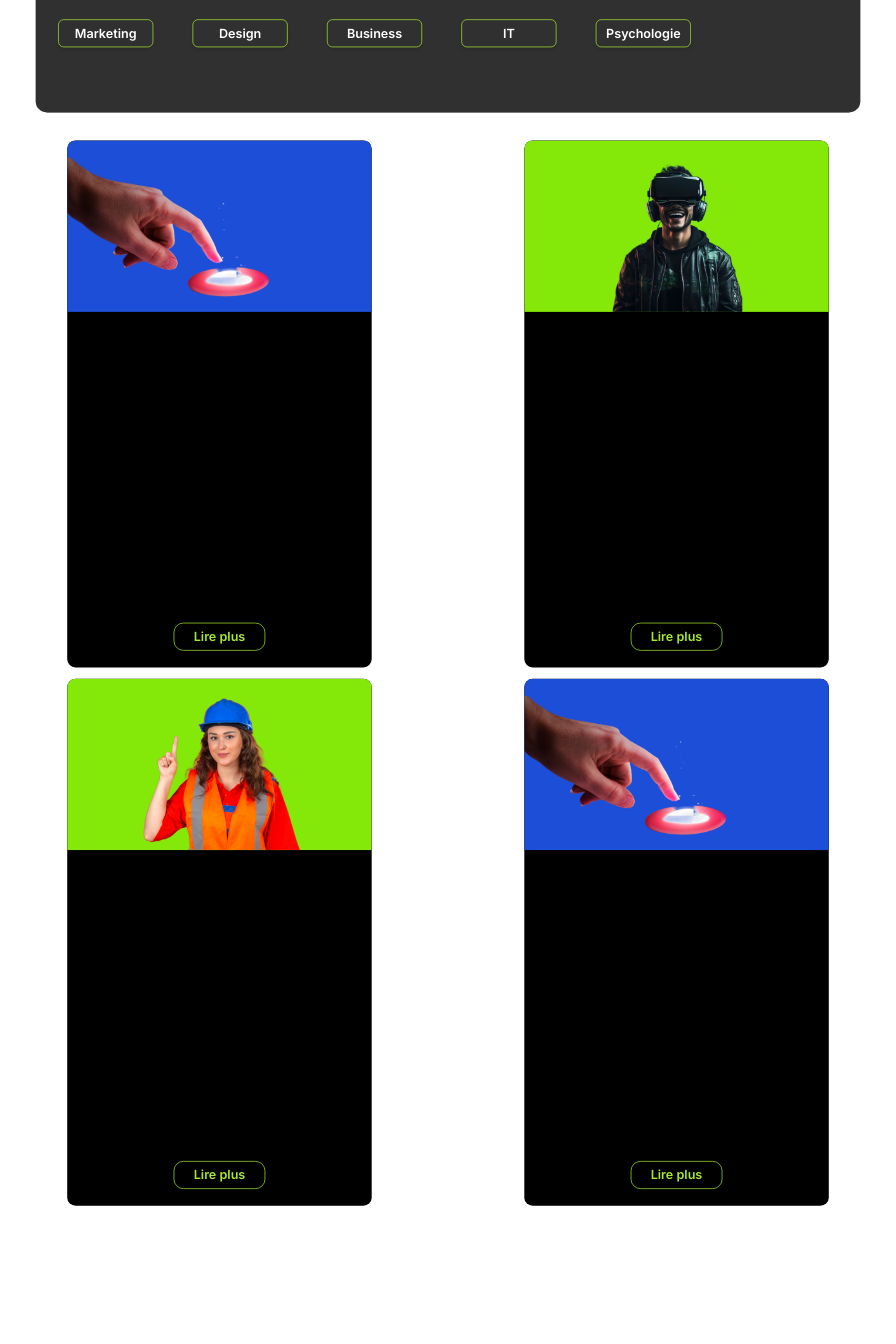
Repository: NassimeElkamari/test
Page: /blogs
An editor plug-in stored every save of this project. The page is shown before and after the next save, followed by the edit.
The browser window is 1280 px wide. The pictures show the part of the page from y = 492 to 2412 px (the page is 2414 px tall before and 2331 px after), at 70% of full size.
Pictures or frames that could not be fetched are drawn as grey boxes. The project was rebuilt for these pictures with package versions that can differ from the ones it lists, and the page was loaded fresh each time. The framework's server and built-in components were replaced by stand-ins that run in the browser. Also part of the build but not shown: next.config.mjs.

Above is the page before, as saved 2024-06-12 15:53:52.

### src/app/blogs/page.tsx
import Image from 'next/image';
import React from 'react';
import { MdDateRange } from "react-icons/md";
import BlogCard from '../../components/BlogCard';
import { cardData } from '../../data/cardData';


const Blog = () => {
  return (
    <div className='bg-white'>
      <div className='flex justify-center'>
        <h1 className="text-4xl font-bold text-center">Blog</h1>
      </div>
      <div className="relative w-[92vw] h-[85vh] mx-auto  overflow-hidden bg-black  pt-5 pl-8 flex flex-col justify-start rounded-2xl">
        <Image
          src="/bgImage.jpg"
          layout="fill"
          objectFit="cover"
          objectPosition="top"
          quality={100}
          alt="Background Image"
          className="opacity-30 bg-black"
        />
        <div className="absolute inset-0 flex flex-col justify-center text-white mt-[6%] p-4 pl-8">
          <h1 className="text-[52px] font-semibold mb-4">
          Ouvrez les portes de la connaissance <br /> avec nos Blogs stimulants
          </h1>
          <p className="text-[17px] mb-8">
          Découvrez les dernières actualités de 2peerfect dans une multitude de domaines passionnants. <br />Plongez-vous dans nos articles pour rester à jour sur les tendances les plus récentes en technologie, <br /> santé mentale, Design, Business, et bien plus encore. Avec une expertise diversifiée et des perspectives variées,<br /> 2peerfect vous offre un aperçu complet et captivant des développements les plus récents à travers différents secteurs.<br /> Ne manquez rien de ce qui se passe dans le monde, suivez 2peerfect pour rester informé et inspiré.
          </p>
          <div className="flex flex-wrap justify-between space-x-4 w-[80%]">
            <div className="bg-transparent rounded-lg shadow-md w-[15%] h-10 mb-4 border border-[#A7E92F] flex items-center justify-center">
              <h2 className="text-lg font-semibold text-center">Marketing</h2>
            </div>
            <div className="bg-transparent rounded-lg shadow-md w-[15%] h-10 mb-4 border border-[#A7E92F] flex items-center justify-center">
              <h2 className="text-lg font-semibold text-center">Design</h2>
            </div>
            <div className="bg-transparent rounded-lg shadow-md w-[15%] h-10 mb-4 border border-[#A7E92F] flex items-center justify-center">
              <h2 className="text-lg font-semibold text-center">Business</h2>
            </div>
            <div className="bg-transparent rounded-lg shadow-md w-[15%] h-10 mb-4 border border-[#A7E92F] flex items-center justify-center">
              <h2 className="text-lg font-semibold text-center">IT</h2>
            </div>
            <div className="bg-transparent rounded-lg shadow-md w-[15%] text-center h-10 mb-4 border border-[#A7E92F] flex items-center justify-center">
              <h2 className="text-lg font-semibold">Psychologie</h2>
            </div>


            {/* Add more cards as needed */}
          </div>
        </div>
      </div>
      <div className='second-section w-[85vw] mx-auto mt-10 flex justify-center'>
  <div className="flex flex-wrap gap-4 justify-between ">
  {cardData.map((card) => (
              <BlogCard
                imageSrc={card.imageSrc}
                title={card.title}
                description={card.description}
                date={card.date}
                color={card.background}
              />
          ))}
  </div>
</div>






        <div className='h-[30vh]'>

        </div>

    </div>
  );
};

export default Blog;

### src/components/BlogCard.tsx
import Image from 'next/image'
import React from 'react'
import { MdDateRange } from "react-icons/md";


const BlogCard = ({ imageSrc, title, description, date , color}) => {
  return (
    <div className='w-[40%] h-[50%] bg-black rounded-xl flex flex-col'>
    <div className="w-[100%] h-2/5 relative">
        <Image
        src={imageSrc}
        layout='responsive'
        height={100}
        width={100}
        alt="Card Image"
        className="w-full h-full rounded-t-xl "
        style={{backgroundColor: `${color}`}}
        />
    </div>
    <div className="pt-14 flex justify-center items-center flex-col px-5">
        <h1 className="text-[32px] font-semibold">{title}</h1>
        <p className="text-md mt-5">{description}</p>
    </div>
    <div className="flex items-center justify-end mt-10 mr-2">
        <MdDateRange width={70} height={70} className='mr-4'/>
        <p className="mr-2">{date}</p>
    </div>
    <div className="flex justify-center mt-8 mb-6"> {/* Added justify-center class */}
        <button className="bg-black rounded-[14px] shadow-md w-[30%] text-center h-10 border border-[#A7E92F] flex items-center justify-center">
        <h2 className="text-lg font-semibold text-[#A7E92F]">Lire plus</h2> {/* Added text-white class */}
        </button>
    </div>
    </div>
  )
}

export default BlogCard

### src/data/cardData.js
export const cardData = [
  {
    id: 1,
    imageSrc: "/card11.png",
    title: "L'impact des médias sociaux sur la santé mental",
    description: "Discuter de la façon dont les likes, les commentaires et les partages peuvent devenir une mesure de notre valeur personnelle, et comment cela peut affecter notre estime de soi et notre bien-être émotionnel...",
    date: "11 Décembre 2023",
    background: '#1D4ED8' // Background color for the first card
  },
  {
    id: 2,
    imageSrc: "/card22.png",
    title: "22222L'impact des médias sociaux sur la santé mental",
    description: "Discuter de la façon dont les likes, les commentaires et les partages peuvent devenir une mesure de notre valeur personnelle, et comment cela peut affecter notre estime de soi et notre bien-être émotionnel...",
    date: "11 Décembre 2023",
    background: '#84e809' // Background color for the second card
  },
  {
    id: 3,
    imageSrc: "/card33.png",
    title: "33333L'impact des médias sociaux sur la santé mental",
    description: "Discuter de la façon dont les likes, les commentaires et les partages peuvent devenir une mesure de notre valeur personnelle, et comment cela peut affecter notre estime de soi et notre bien-être émotionnel...",
    date: "11 Décembre 2023",
    background: '#84e809' // Background color for the third card
  },
  {
    id: 4,
    imageSrc: "/card11.png",
    title: "44444 des médias sociaux sur la santé mental",
    description: "Discuter de la façon dont les likes, les commentaires et les partages peuvent devenir une mesure de notre valeur personnelle, et comment cela peut affecter notre estime de soi et notre bien-être émotionnel...",
    date: "11 Décembre 2023",
    background: '#1D4ED8' // Background color for the fourth card
  },
];

Loaded but not shown: src/app/layout.tsx (common file); src/app/globals.css (common file); tailwind.config.ts (common file)

After the next save:
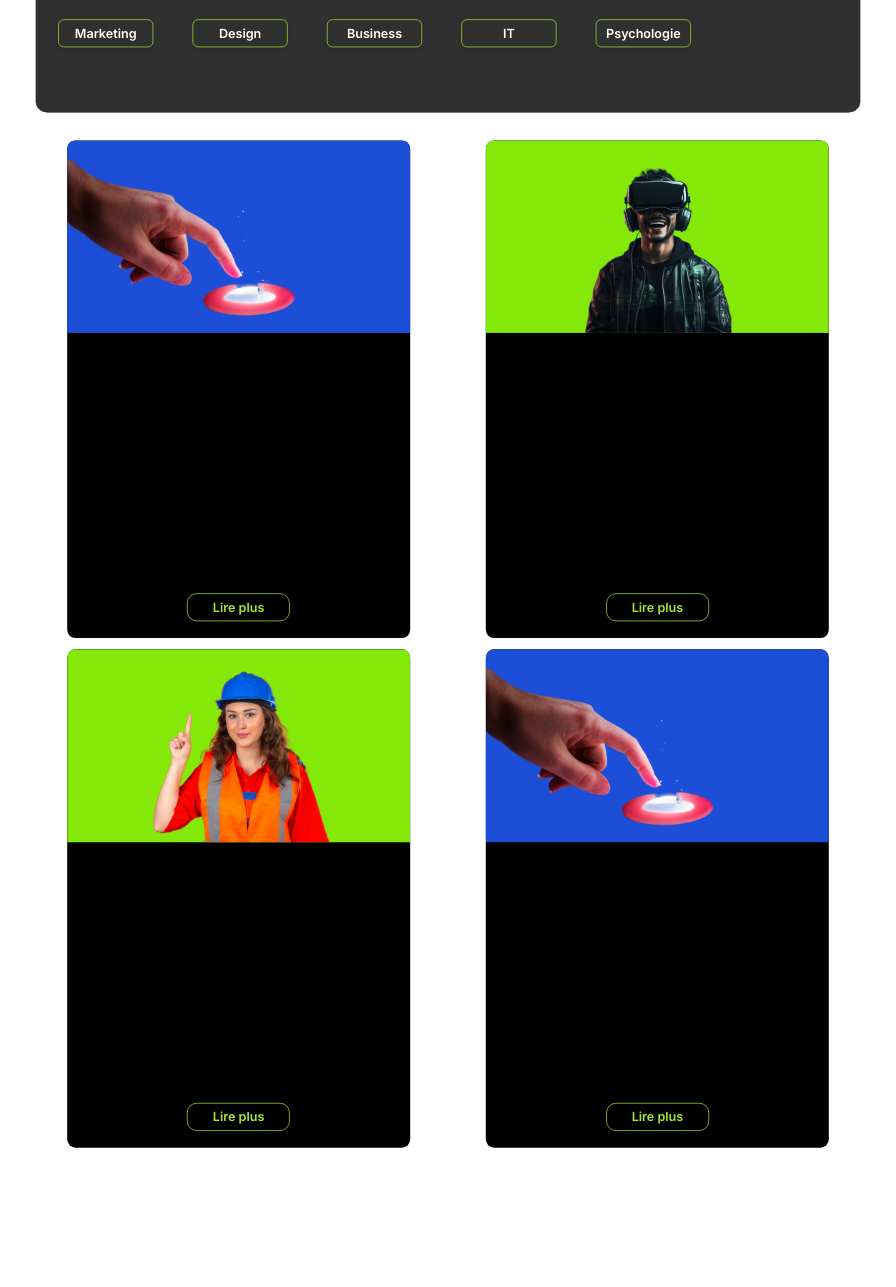
Saved 33 s later.
--- a/src/components/BlogCard.tsx
+++ b/src/components/BlogCard.tsx
@@ -5,7 +5,7 @@ import { MdDateRange } from "react-icons/md";
 
 const BlogCard = ({ imageSrc, title, description, date , color}) => {
   return (
-    <div className='w-[40%] h-[50%] bg-black rounded-xl flex flex-col'>
+    <div className='w-[45%] h-[50%] bg-black rounded-xl flex flex-col'>
     <div className="w-[100%] h-2/5 relative">
         <Image
         src={imageSrc}
